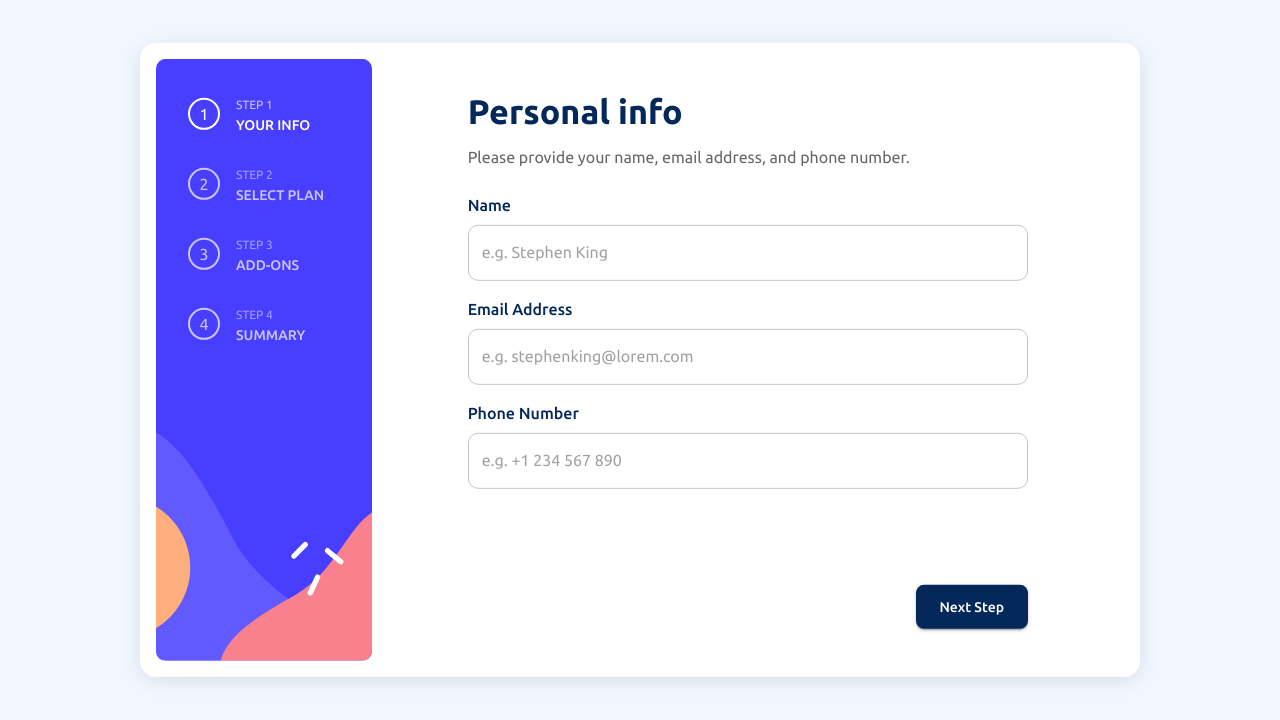
Repository: ozerrrs/chalange7days
Page: / (app in 7dayschalange/7dayschallange/)
The author's editor kept a copy of each file at every save. The page is drawn from the files as they stood at one save, then again after the next save.
The browser window is 1280 px wide. The pictures show the whole page.
The project was rebuilt for these pictures with package versions that can differ from the ones it lists, and the page was loaded fresh each time. Also part of the build but not shown: 7dayschalange/7dayschallange/vite.config.js.

Above is the page before, as saved 2025-03-05 14:50:30.

After the next save:
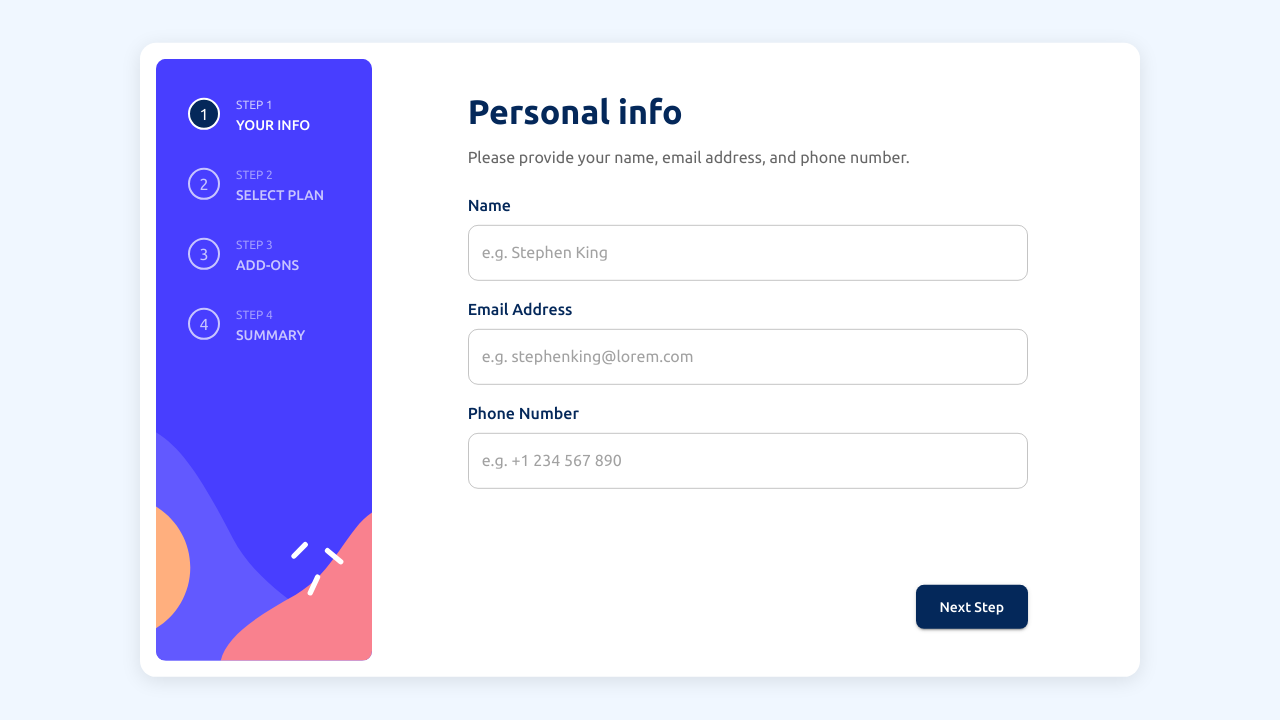
Saved 61 s later.
--- a/7dayschalange/7dayschallange/src/pages/firstPage.jsx
+++ b/7dayschalange/7dayschallange/src/pages/firstPage.jsx
@@ -301,7 +301,8 @@ function MultiStepForm() {
         <Box sx={{ position: "relative", zIndex: 1 }}>
           {steps.map((step, index) => (
             <StepItem key={index} active={activeStep === index}>
-              <StepNumber>{index + 1}</StepNumber>
+              <StepNumber active={activeStep === index}>{index + 1}</StepNumber>
+
               <Box>
                 <Typography variant="caption" sx={{ opacity: 0.7 }}>
                   STEP {index + 1}
